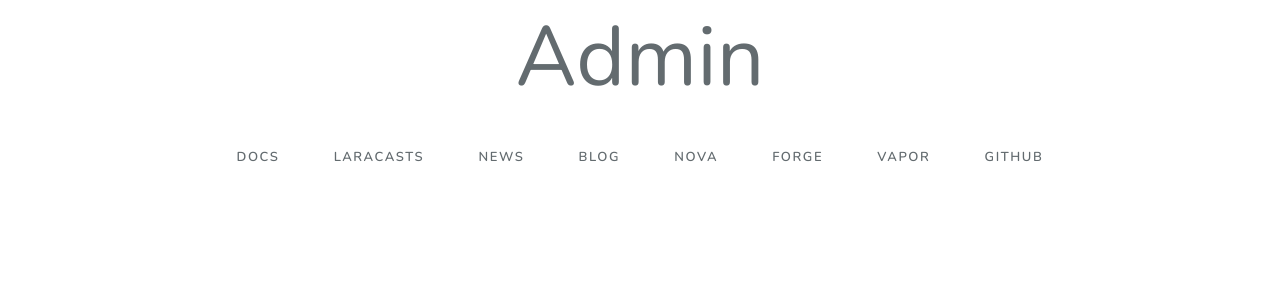
Repository: Fateen980/Tawfiq
Page: http://localhost/
These files come from the project's save history. The page is drawn as it stood at one moment and after the next save; the edit follows.
The browser window is 1280 px wide. The pictures show the whole page.
The page is served by the project's Laravel application, run on PHP 8.4 with Laravel 8.

Above is the page before, as saved 2020-09-17 01:22:30.

After the next save:
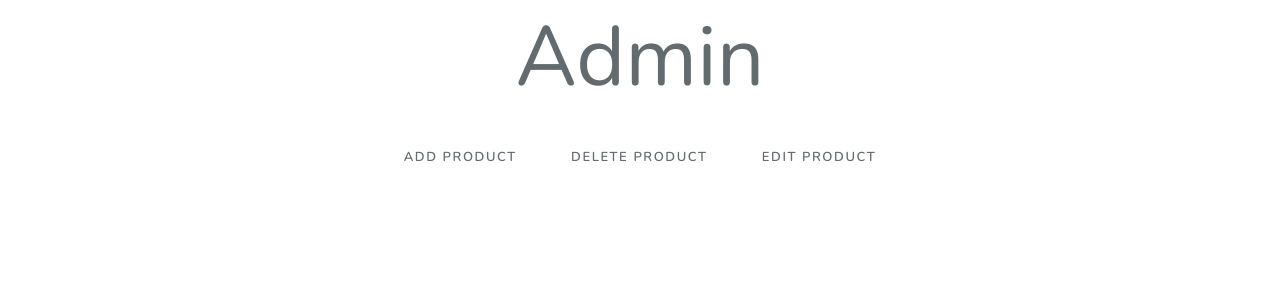
Saved 52 s later.
--- a/resources/views/welcome.blade.php
+++ b/resources/views/welcome.blade.php
@@ -71,14 +71,9 @@
                 </div>
 
                 <div class="links">
-                    <a href="https://laravel.com/docs">Docs</a>
-                    <a href="https://laracasts.com">Laracasts</a>
-                    <a href="https://laravel-news.com">News</a>
-                    <a href="https://blog.laravel.com">Blog</a>
-                    <a href="https://nova.laravel.com">Nova</a>
-                    <a href="https://forge.laravel.com">Forge</a>
-                    <a href="https://vapor.laravel.com">Vapor</a>
-                    <a href="https://github.com/laravel/laravel">GitHub</a>
+                    <a href="https://laravel.com/docs">Add Product</a>
+                    <a href="https://laracasts.com">Delete Product</a>
+                    <a href="https://laravel-news.com">Edit Product</a>
                 </div>
             </div>
     </body>
